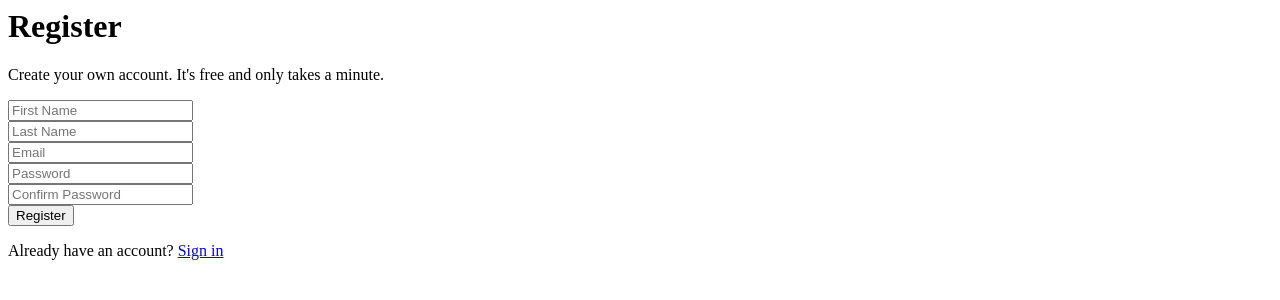
Repository: jaisydh07/WEBD6201-ICE6
Page: Views/content/register.html
These files come from the project's save history. The page is drawn as it stood at one moment and after the next save; the edit follows.
The browser window is 1280 px wide. The pictures show the whole page.

Above is the page before, as saved 2021-03-06 20:55:57.

### Views/content/register.html
<div class="row">
    <div class="offset-md-3 col-md-6 col-sm-12">
          <div class="login" id="contentArea">
              <h1 class="display-4">Register</h1>
              <div id="messageArea"></div>

              <form id="registerForm" novalidate>
                <p class="hint-text">Create your own account. It's free and only takes a minute.</p>
                <div class="form-group">
                  <div class="row">
                    <div class="col-md-6">
                      <input class="form-control" type="text" name="firstName" id="firstName" placeholder="First Name" required>
                    </div>
                    <div class="col-md-6">
                      <input class="form-control" type="text" name="lastName" id="lastName" placeholder="Last Name" required>
                    </div>
                  </div>
                </div>


                <div class="form-group">
                  <div class="row">
                    <div class="col-md-12">
                      <input type="email" class="form-control" id="emailAddress" name="emailAddress" required
                      value="" placeholder="Email">
                    </div>
                  </div>

                </div>

                <div class="form-group">
                  <div class="row">
                    <div class="col-md-12">
                      <input type="password" class="form-control" id="password" name="password"  required
                      value="" placeholder="Password">
                    </div>
                  </div>

                </div>

                <div class="form-group">
                  <div class="row">
                    <div class="col-md-12">
                      <input type="password" class="form-control" id="confirmPassword" name="confirmPassword"  required
                      value="" placeholder="Confirm Password">
                    </div>
                  </div>

                </div>


                <div class="text-right">
                  <button id="submitButton" type="submit" class="btn btn-primary btn-lg">Register</button>
                </div>
              </form>

          </div>
          <p class="text-center text-muted small">
            Already have an account?
            <a href="/login">Sign in</a>
          </p>
    </div>
</div>

After the next save:
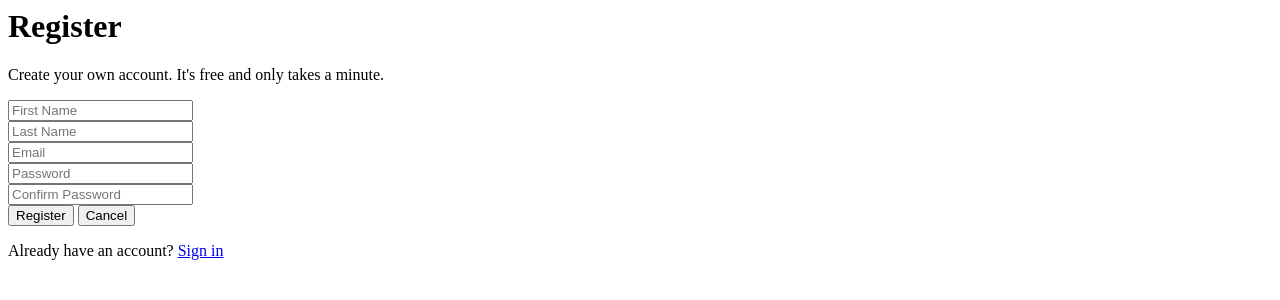
Saved 46 s later.
--- a/Views/content/register.html
+++ b/Views/content/register.html
@@ -49,8 +49,9 @@
                 </div>
 
 
-                <div class="text-right">
-                  <button id="submitButton" type="submit" class="btn btn-primary btn-lg">Register</button>
+                <div class="text-end mt-2">
+                    <button id="submitButton" type="submit" class="btn btn-primary">Register</button>
+                    <button id="cancelButton" type="reset" class="btn btn-warning"><i class="fas fa-undo fa-lg"></i> Cancel</button>
                 </div>
               </form>
 
